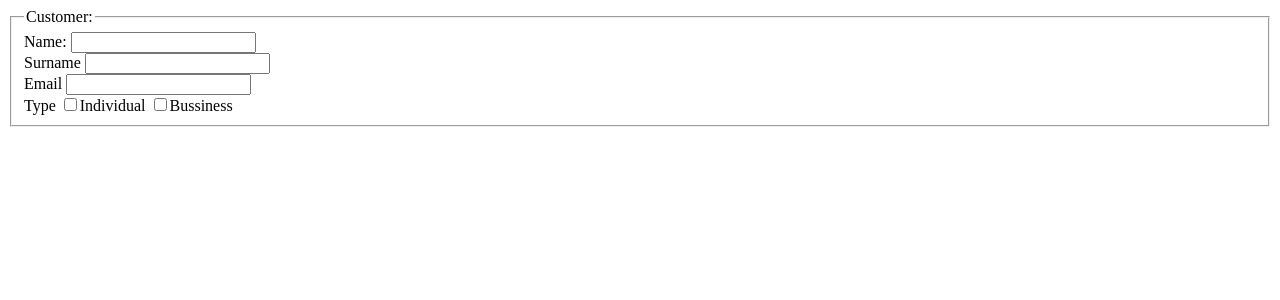
Repository: wisni4k/html-trainee
Page: testWeb/WebContent/Formularz.html
The author's editor kept a copy of each file at every save. The page is drawn from the files as they stood at one save, then again after the next save.
The browser window is 1280 px wide. The pictures show the whole page.

Above is the page before, as saved 2015-07-10 11:28:23.

### testWeb/WebContent/Formularz.html
<!DOCTYPE html>
<html>
<head>
<meta charset="UTF-8">
<title>Insert title here</title>
</head>
<body>

	<form>
		<fieldset>
			<legend>Customer:</legend>
			Name: <input type="text"><br>
			Surname <input type="text"><br>
			Email <input type="text"><br>
			Type <input type="checkbox" name="vehicle" value="Bike">Individual
				 <input type="checkbox" name="vehicle" value="Car">Bussiness
		</fieldset>
	</form>


</body>
</html>

After the next save:
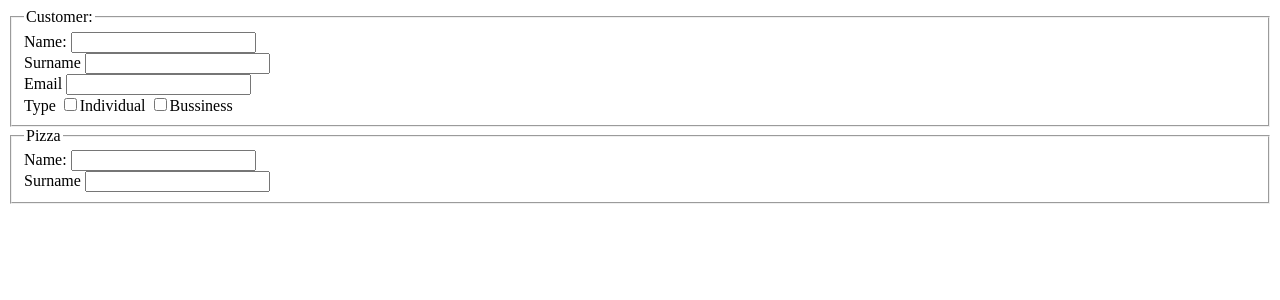
Saved 38 s later.
--- a/testWeb/WebContent/Formularz.html
+++ b/testWeb/WebContent/Formularz.html
@@ -15,6 +15,12 @@
 			Type <input type="checkbox" name="vehicle" value="Bike">Individual
 				 <input type="checkbox" name="vehicle" value="Car">Bussiness
 		</fieldset>
+
+		<fieldset>
+			<legend>Pizza</legend>
+			Name: <input type="text"><br>
+			Surname <input type="text"><br>
+		</fieldset>
 	</form>
 
 
